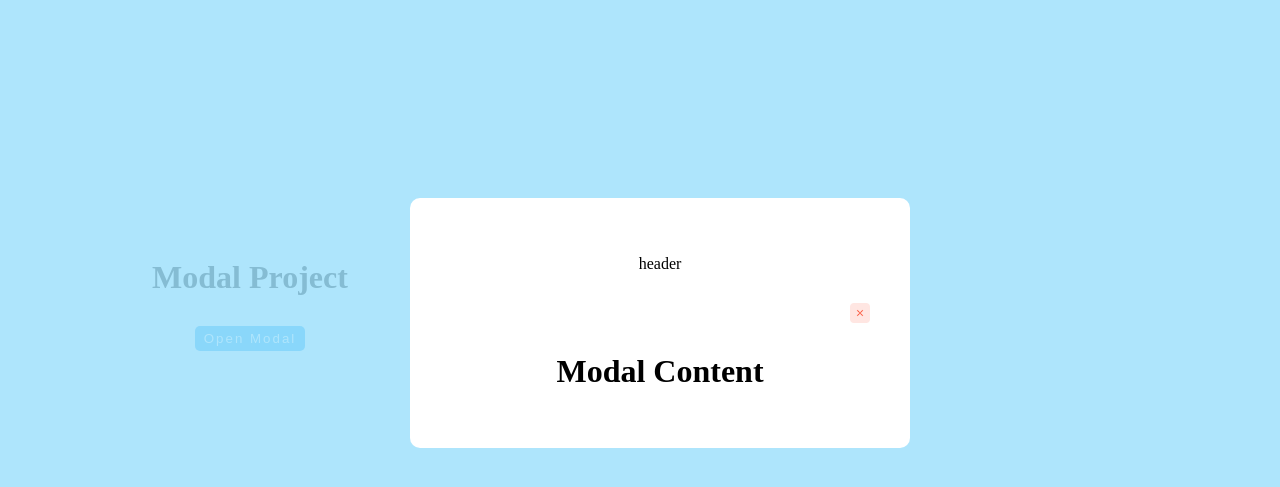
Repository: Trapti10/20-js-practice-projects-in-7-days-challenge
Page: Project_4_Modal_Project/index.html
An editor plug-in stored every save of this project. The page is shown before and after a run of saves, followed by the edit.
The browser window is 1280 px wide. The pictures show the whole page.

Above is the page before, as saved 2025-11-24 13:54:31.

After the next 3 saves:
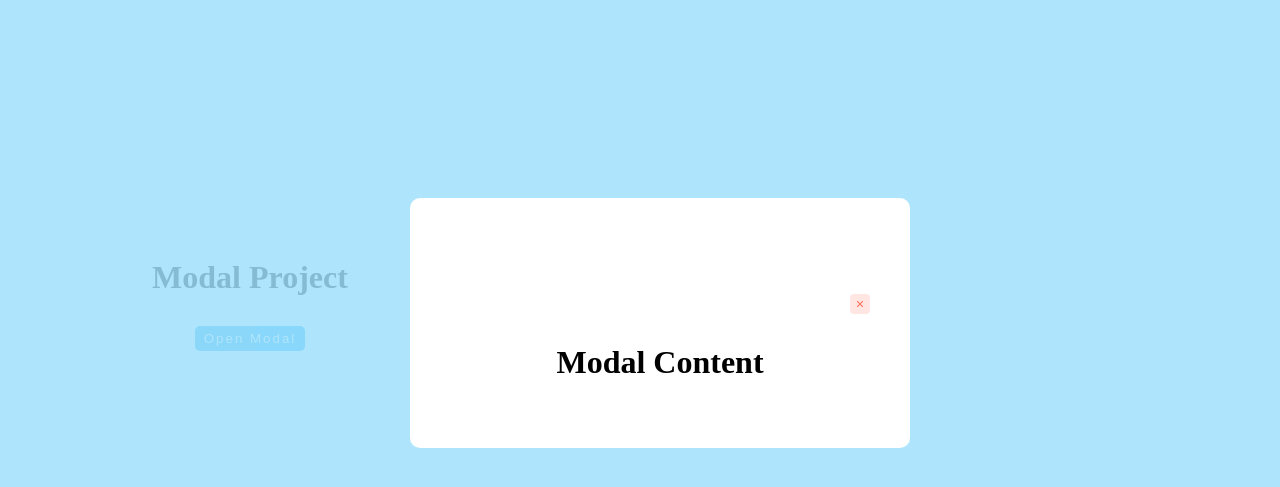
The 3 saves are shown as one change because they came seconds apart.
The last was saved 8 s later.
--- a/Project_4_Modal_Project/index.html
+++ b/Project_4_Modal_Project/index.html
@@ -21,7 +21,7 @@
        </div>
        <div class="modal-overlay">
         <div class="madal-container">
-            <div>header</div>
+            <header></header>
             <img src="assests/close.png" alt="">
             <div class="modalContent">
                 <h1>Modal Content</h1>
